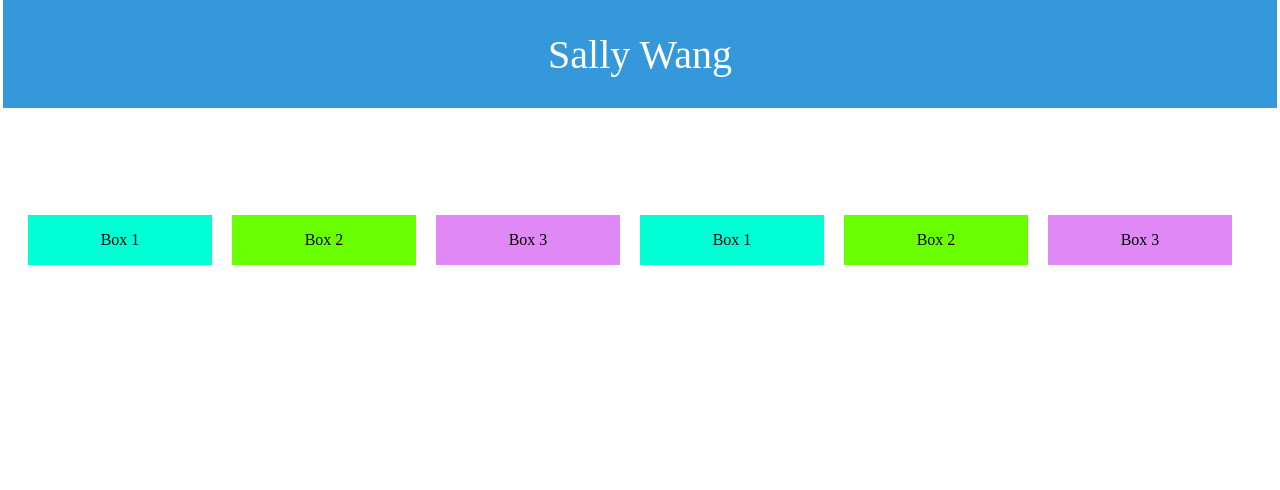
Repository: tianjiewang2022/tianjiewang2022.github.io
Page: index.html
The author's editor kept a copy of each file at every save. The page is drawn from the files as they stood at one save, then again after the next save.
The browser window is 1280 px wide. The pictures show the whole page.

Above is the page before, as saved 2023-10-01 22:53:38.

### index.html
<!DOCTYPE html>
<html lang="en">

    <head>
        <meta charset="UTF-8">
        <meta name="viewport" content="width=device-width, initial-scale=1.0">
        <title>Sally's Webpage</title>
        <style>
            body {
                padding: 10px;
                left: 3%;
                right: 3%;
            }

            header {
                background-color: #3498db;
                /* Choose your header color */
                color: white;
                position: fixed;
                top: 0;
                height: 15%;
                left: 3px;
                right: 3px;
                display: flex;
                align-items: center;
                justify-content: center;
                z-index: 100;
                font-size: 40px;
            }

            .container {
                margin-top: 15%;
                padding: 10px;
                display: flex;
                flex-wrap: wrap;
                justify-content: space-between;
                flex-wrap: nowrap;
            }

            .box {
                width: calc(33.33% - 20px);
                height: 50px;
                margin-right: 20px;
                background-color: #ccc;
                /* Default background color */
                /* Add margin between boxes */
                margin-bottom: 10px;
                background-color: #ccc;
                /* Default background color */
                text-align: center;
                display: flex;
                align-items: center;
                justify-content: center;
            }

            .blue {
                background-color: rgb(0, 255, 213);
            }

            .green {
                background-color: rgb(106, 255, 0);
            }

            .purple {
                background-color: rgb(225, 136, 247);
            }
        </style>
    </head>

    <body>
        <header>
            Sally Wang
        </header>

        <div class="container">
            <!-- Your content goes here -->
            <span class="box blue">Box 1</span>
            <span class="box green">Box 2</span>
            <span class="box purple">Box 3</span>
            <span class="box blue">Box 1</span>
            <span class="box green">Box 2</span>
            <span class="box purple">Box 3</span>
        </div>
    </body>

</html>

After the next save:
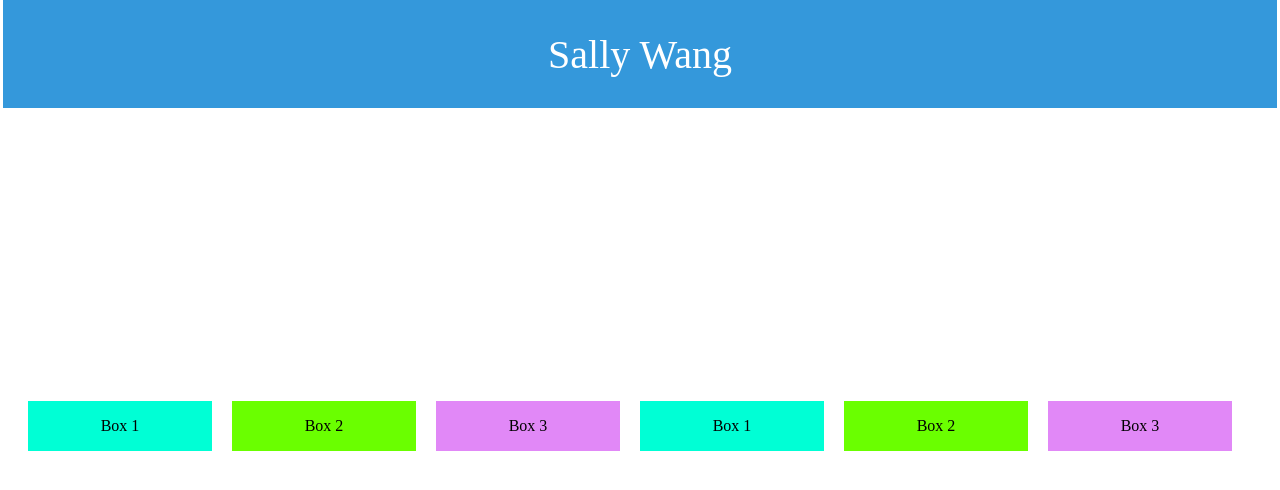
Saved 55 s later.
--- a/index.html
+++ b/index.html
@@ -29,7 +29,7 @@
             }
 
             .container {
-                margin-top: 15%;
+                margin-top: 30%;
                 padding: 10px;
                 display: flex;
                 flex-wrap: wrap;
